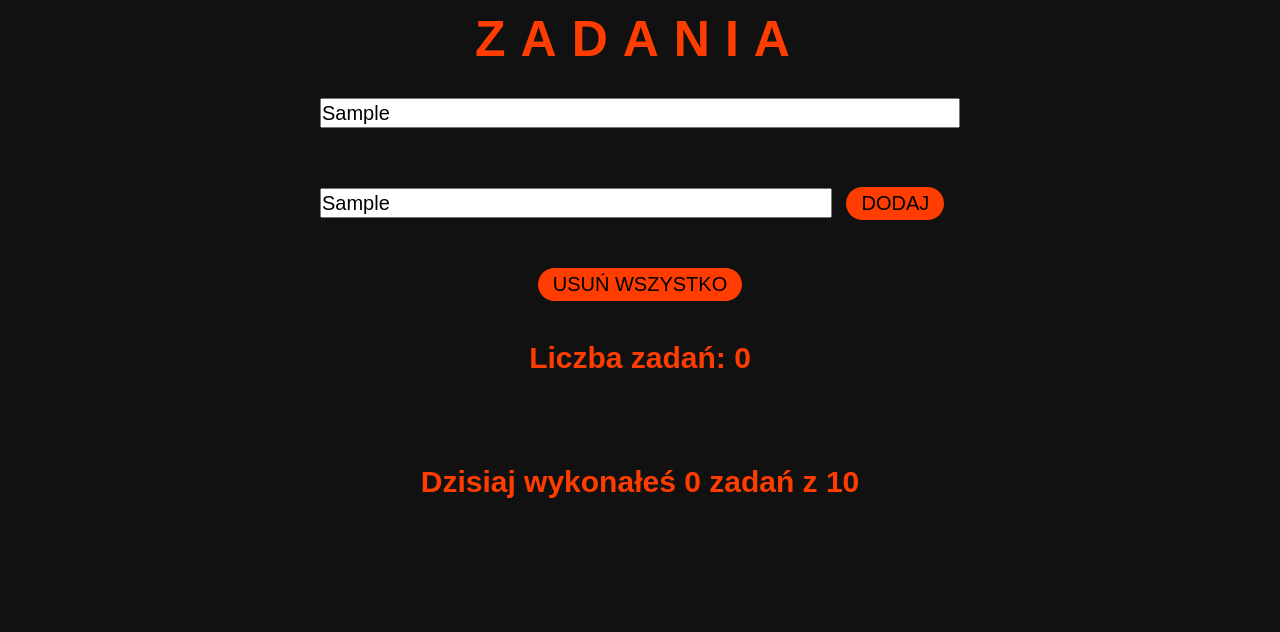
Repository: RobertDsr/To-Do-List
Page: index.html
An editor plug-in stored every save of this project. The page is shown before and after the next save, followed by the edit.
The browser window is 1280 px wide. The pictures show the whole page.
Empty fields were first filled with sample values (such as "Sample", 5 or name@example.com).
After loading, the first visible `form.add-task` was submitted once.
The style sheet was rebuilt from its Sass, Less or Tailwind sources for each picture, by a compiler version that may differ from the author's.

Above is the page before, as saved 2022-01-14 13:32:08.
Console error: ReferenceError: taskElements is not defined

### index.html
<!DOCTYPE html>
<html lang="en">

<head>
    <meta charset="UTF-8">
    <meta http-equiv="X-UA-Compatible" content="IE=edge">
    <meta name="viewport" content="width=device-width, initial-scale=1.0">
    <title>To Do List</title>
    <link rel="stylesheet" href="css/style.min.css">
</head>

<body>
    <section class="main-wrapper">
        <h1 class="title">ZADANIA</h1>
        <input class="search" type="text" placeholder="Wpisz szukane słowo">
        <form class="add-task" action="">
            <input class="add-task__input" type="text" placeholder="Wpisz zadanie">
            <button class="btn btn--small">DODAJ</button>
        </form>
        <button class="btn btn--large">USUŃ WSZYSTKO</button>
        <h2 class="title-count-task">Liczba zadań: <span class="count-task">0</span></h2>
            <ul class="list">

            </ul>
        <h2 class="title-count-task">Dzisiaj wykonałeś <span class="count-task">0</span> zadań z <span
                class="count-task">10</span></h2>
    </section>

    <script src="/js/main.js"></script>
</body>

</html>

### js/main.js

const toDoList = [];

const input = document.querySelector('.search');
const ul = document.querySelector('.list');
const liElements = document.getElementsByClassName('list__item');
const form = document.querySelector('.add-task');
const taskNumber = document.querySelector('.count-task');
const inputAddTask = document.querySelector('.add-task__input');
const li = document.querySelectorAll('.list__item');

// Wyszukiwarka
const searchTask = (e) => {
    const searchTekst = e.target.value.toLowerCase();
    let tasks = [...liElements];
    tasks = tasks.filter(li => li.textContent.toLowerCase().includes(searchTekst));
    ul.textContent = "";
    tasks.forEach(li => ul.appendChild(li));
}

input.addEventListener('input', searchTask);

// Usuwanie elementów z listy
const removeTask = (e) => {
    e.target.parentNode.remove();
    const index = e.target.dataset.key;
    // console.log(index);
    // document.querySelector(`li[data-key="${index}"]`).remove();
    // document.querySelector(`button[data-key="${index}"]`).remove();

    // taskNumber.textContent = liElements.length;
    toDoList.splice(index, 1);

    renderList();


    // toDoList.forEach(( toDoElement, key) => {
    //     toDoElement.dataset.key = key;
    //     ul.appendChild(toDoElement)
    // })
}




// Dodawanie elementów listy

const addTask = (e) => {
    e.preventDefault();
    const titleTask = inputAddTask.value;
    if(titleTask === "") return;
    const taskElements = document.createElement('li');
    taskElements.className = 'list__item';
    taskElements.innerHTML = titleTask + '<button class="btn btn--medium">WYKONANE</button>';
    toDoList.push(taskElements);
    ul.textContent = "";
    renderList();
    ul.appendChild(taskElements);

    inputAddTask.value = "";

    taskElements.querySelectorAll('.btn--medium ').forEach(btn => btn.addEventListener('click', removeTask));
}

const renderList = () => {
    taskElements.querySelectorAll('.btn--medium ').forEach(btn => btn.addEventListener('click', removeTask));
}

form.addEventListener('submit', addTask);

### sass/style.scss
@import "variables";
@import "reset";
@import "base";
@import "main";

### sass/_variables.scss
:root {
    --bg-main-color: rgb(17, 17, 17);
    --font-main-color: rgb(255, 61, 0);
    --btn-bg-color: rgb(255, 61, 0);
}

### sass/_base.scss
body {
    background-color: var(--bg-main-color);
    font-family: Arial, Helvetica, sans-serif;
    color: var(--font-main-color);
}

button {
    background-color: var(--btn-bg-color);
    border: none;
    margin: 10px;
    padding: 5px 15px;
    border-radius: 2em;
    font-size: 20px;
    cursor: pointer;
}

### sass/_main.scss
.main-wrapper {
    display: flex;
    flex-direction: column;
}

.title {
    margin: 10px;
    text-align: center;
    font-size: 50px;
    letter-spacing: 0.3em;
}

.search {
    margin: 20px auto;
    min-height: 30px;
    min-width: 50%;
    font-size: 20px;
}

.add-task {
    margin: 20px auto;
    min-width: 50%;
}

.add-task__input {
    margin: 20px auto;
    min-height: 30px;
    min-width: 80%;
    font-size: 20px;
}

.btn--large {
    margin: 10px auto;
}

.title-count-task {
    margin: 30px 30px 60px;
    text-align: center;
    font-size: 30px;
}

.list {
    display: flex;
    flex-wrap: wrap;
}

.list__item {
    flex-basis: 80%;
    font-size: 20px;
    margin: 10px;
    padding: 10px;
    border: 1px solid ;
}

Loaded but not shown: sass/_reset.scss (common file)

After the next save:
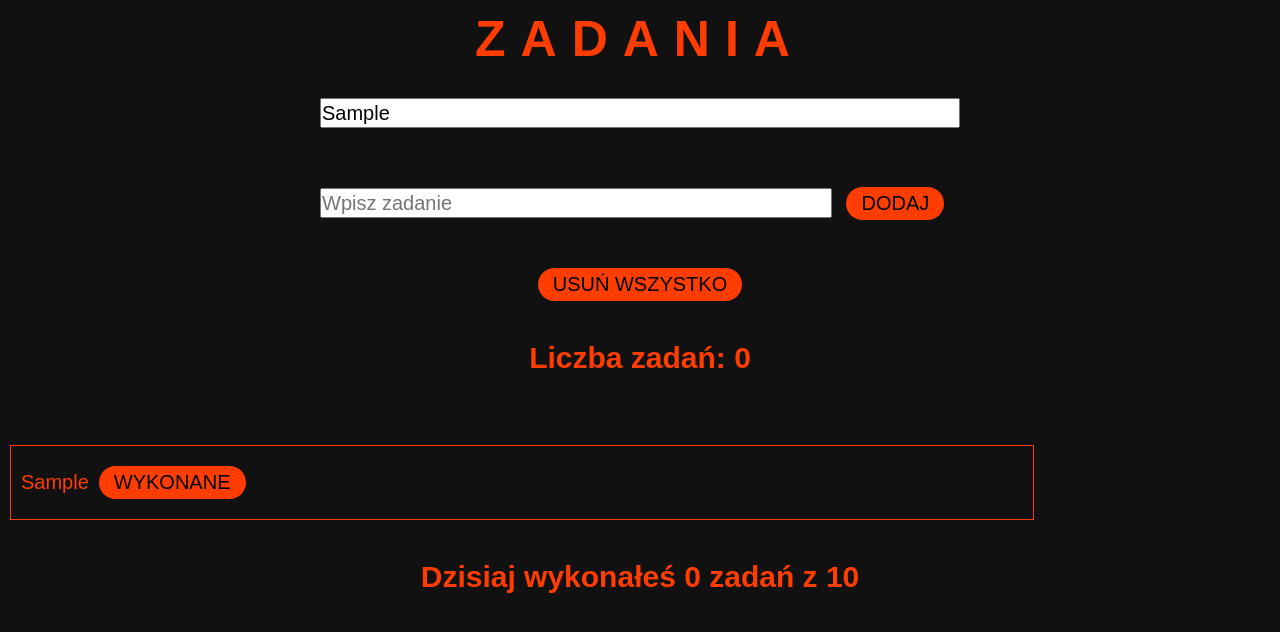
The error is gone.
Saved 12 s later.
--- a/js/main.js
+++ b/js/main.js
@@ -63,7 +63,7 @@ const addTask = (e) => {
 }
 
 const renderList = () => {
-    taskElements.querySelectorAll('.btn--medium ').forEach(btn => btn.addEventListener('click', removeTask));
+
 }
 
 form.addEventListener('submit', addTask);
